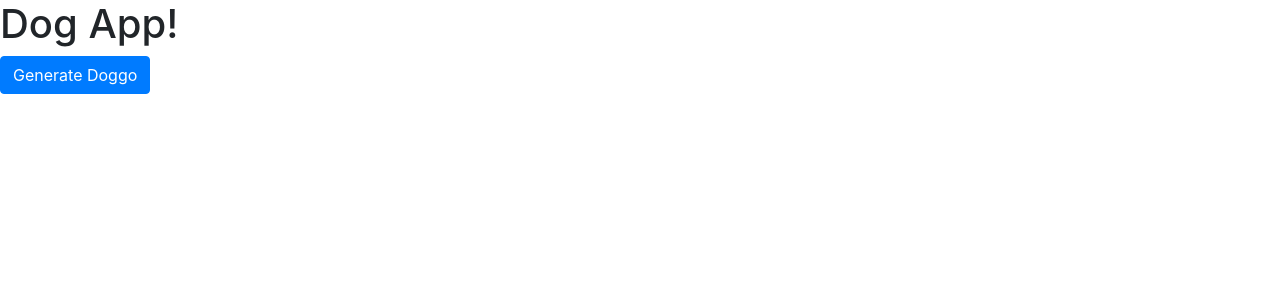
Repository: samuraijane/dc-builders
Page: week7/2-thursday/class/exercise1/index.html
An editor plug-in stored every save of this project. The page is shown before and after the next save, followed by the edit.
The browser window is 1280 px wide. The pictures show the whole page.
After loading, the first visible `#dog-button` was clicked once.

Above is the page before, as saved 2020-08-21 23:12:58.

### week7/2-thursday/class/exercise1/index.html
<!doctype html>
<html lang="en">
  <head>
    <!-- Required meta tags -->
    <meta charset="utf-8">
    <meta name="viewport" content="width=device-width, initial-scale=1, shrink-to-fit=no">

    <!-- Bootstrap CSS -->
    <link rel="stylesheet" href="https://stackpath.bootstrapcdn.com/bootstrap/4.5.2/css/bootstrap.min.css" integrity="sha384-JcKb8q3iqJ61gNV9KGb8thSsNjpSL0n8PARn9HuZOnIxN0hoP+VmmDGMN5t9UJ0Z" crossorigin="anonymous">

    <title>Dog App!</title>
  </head>
  <body>

    <h1>Dog App!</h1>

    <button type="button" id=dog-button class="btn btn-primary">Generate Doggo</button>
    <div id="dog-data"></div>

    <!-- Optional JavaScript -->
    <!-- jQuery first, then Popper.js, then Bootstrap JS -->
    <script src="https://code.jquery.com/jquery-3.5.1.slim.min.js" integrity="sha384-DfXdz2htPH0lsSSs5nCTpuj/zy4C+OGpamoFVy38MVBnE+IbbVYUew+OrCXaRkfj" crossorigin="anonymous"></script>
    <script src="https://cdn.jsdelivr.net/npm/popper.js@1.16.1/dist/umd/popper.min.js" integrity="sha384-9/reFTGAW83EW2RDu2S0VKaIzap3H66lZH81PoYlFhbGU+6BZp6G7niu735Sk7lN" crossorigin="anonymous"></script>
    <script src="https://stackpath.bootstrapcdn.com/bootstrap/4.5.2/js/bootstrap.min.js" integrity="sha384-B4gt1jrGC7Jh4AgTPSdUtOBvfO8shuf57BaghqFfPlYxofvL8/KUEfYiJOMMV+rV" crossorigin="anonymous"></script>
    <script src="./script.js"></script>
  </body>
</html>

### week7/2-thursday/class/exercise1/script.js
document.getElementById("dog-button").addEventListener("click", function() {
    document.getElementById("dog-button").innerHTML = "Generate Doggo";
    console.log("dog-button")
});

// document.addEventListener("DOMContentLoaded", function(){
//     // Handler when the DOM is fully loaded
//     fetch('https://dog.ceo/api/breeds/image/random')
//         .then(response => response.json())
//         .then(data => {
//             var dataCont = document.getElementById('dog-button');
//             var item = document.createElement("image");
//             // var text = data.weather[0].description;
//             dataCont.innerHTML = JSON.stringify(data);
//             // item.innerHTML = text;
//             // dataCont.appendChild(item);
//             // console.log(data);
//         } );
//   });

After the next save:
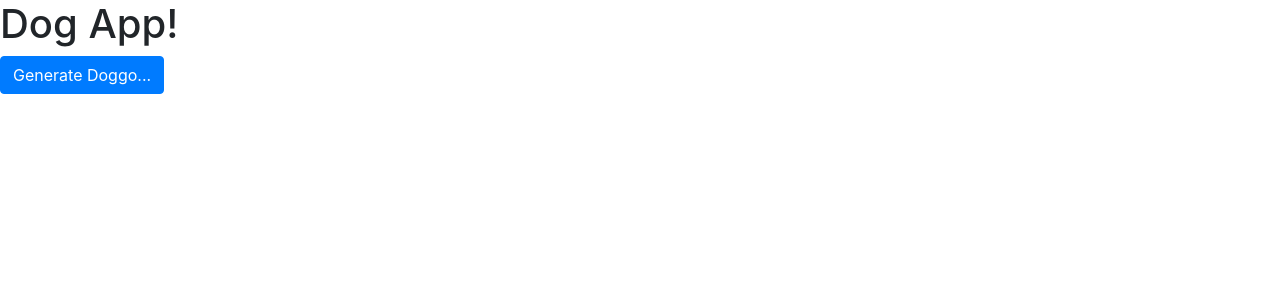
Saved 52 s later.
--- a/week7/2-thursday/class/exercise1/script.js
+++ b/week7/2-thursday/class/exercise1/script.js
@@ -1,5 +1,5 @@
 document.getElementById("dog-button").addEventListener("click", function() {
-    document.getElementById("dog-button").innerHTML = "Generate Doggo";
+    document.getElementById("dog-button").innerHTML = "Generate Doggo...";
     console.log("dog-button")
 });
 
